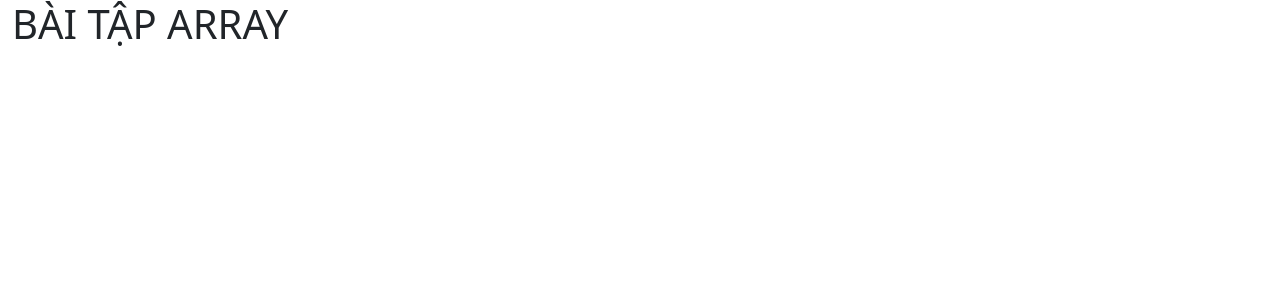
Repository: hcozyph/TranHuuPhuoc_BC43_BT_JS_Buoi7_8_ARRAY
Page: index.html
An editor plug-in stored every save of this project. The page is shown before and after a run of saves, followed by the edit.
The browser window is 1280 px wide. The pictures show the whole page.

Above is the page before, as saved 2023-02-20 11:09:45.

### index.html
<!DOCTYPE html>
<html lang="en">
    <head>
        <title>BT Array</title>
        <!-- Required meta tags -->
        <meta charset="utf-8" />
        <meta
            name="viewport"
            content="width=device-width, initial-scale=1, shrink-to-fit=no"
        />

        <!-- Bootstrap CSS v5.2.1 -->
        <link
            href="https://cdn.jsdelivr.net/npm/bootstrap@5.2.1/dist/css/bootstrap.min.css"
            rel="stylesheet"
            integrity="sha384-iYQeCzEYFbKjA/T2uDLTpkwGzCiq6soy8tYaI1GyVh/UjpbCx/TYkiZhlZB6+fzT"
            crossorigin="anonymous"
        />

        <!-- index.css -->
        <link rel="stylesheet" href="./css/index.css" />
    </head>

    <body>
        <div class="container">
            <div class="bt-array-title d-block">
                <h1>BÀI TẬP ARRAY</h1>
            </div>

            <div class="bt-array-content"></div>
        </div>

        <!-- Bootstrap JavaScript Libraries -->
        <script
            src="https://cdn.jsdelivr.net/npm/@popperjs/core@2.11.6/dist/umd/popper.min.js"
            integrity="sha384-oBqDVmMz9ATKxIep9tiCxS/Z9fNfEXiDAYTujMAeBAsjFuCZSmKbSSUnQlmh/jp3"
            crossorigin="anonymous"
        ></script>

        <script
            src="https://cdn.jsdelivr.net/npm/bootstrap@5.2.1/dist/js/bootstrap.min.js"
            integrity="sha384-7VPbUDkoPSGFnVtYi0QogXtr74QeVeeIs99Qfg5YCF+TidwNdjvaKZX19NZ/e6oz"
            crossorigin="anonymous"
        ></script>

        <!-- method.js -->
        <link rel="stylesheet" href="./js/method.js" />

        <!-- index.js -->
        <script src="./js/index.js"></script>
    </body>
</html>

### css/index.css
* {
    margin: 0;
    padding: 0;
    box-sizing: border-box;
}

.container {
    margin: 0 auto;
    max-width: 1440px;
}

.bt-array-title {
    margin: 0 auto;
}

Loaded but not shown: js/index.js (no copy from this time; the picture is the same without it); js/method.js (no stored copy; drawn as an empty file)

After the next 2 saves:
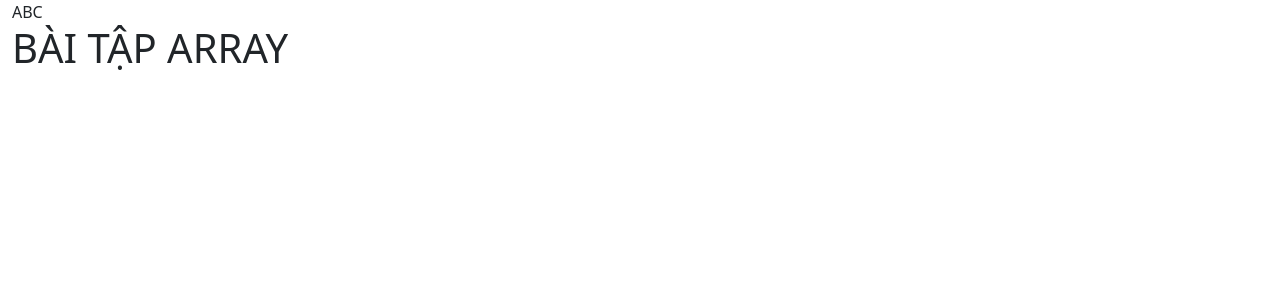
The 2 saves are shown as one change because they came seconds apart.
The last was saved 38 s later.
--- a/index.html
+++ b/index.html
@@ -24,6 +24,7 @@
     <body>
         <div class="container">
             <div class="bt-array-title d-block">
+                ABC
                 <h1>BÀI TẬP ARRAY</h1>
             </div>
 
